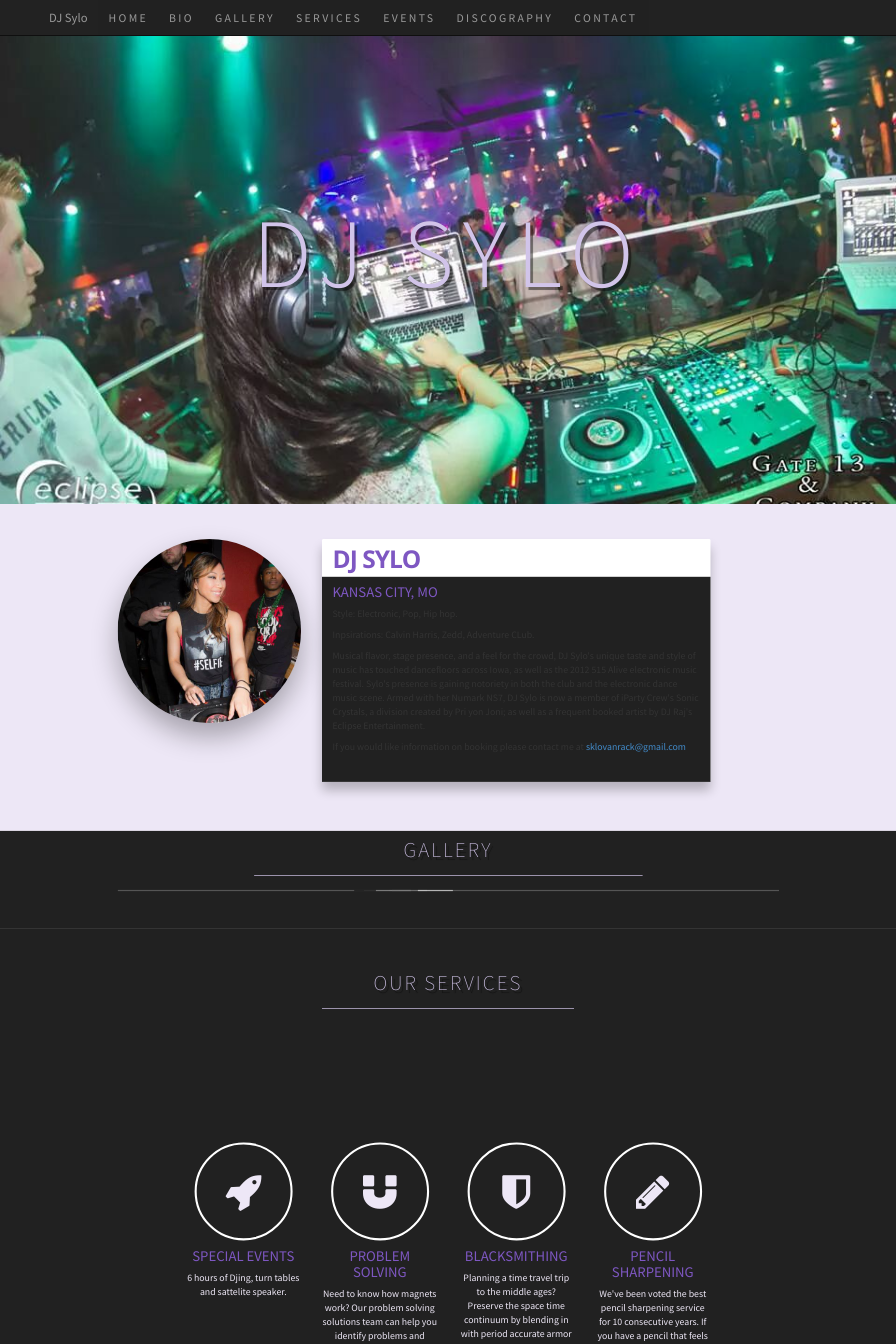
Repository: BambooXLotus/DjSylo
Page: client/index.html
The author's editor kept a record of every edit. The page is drawn from the files as they stood at one moment, then again after the next edit.
The browser window is 1280 px wide. The pictures show the part of the page from y = 0 to 1920 px (the page is 4188 px tall), at 70% of full size.
Pictures or frames that could not be fetched are drawn as grey boxes. Some icons come from a web library that is not loaded, so they are not drawn. Backgrounds fixed to the window are drawn as part of the page. Some web libraries are served in a nearby version.

Above is the page before.

After the next edit:
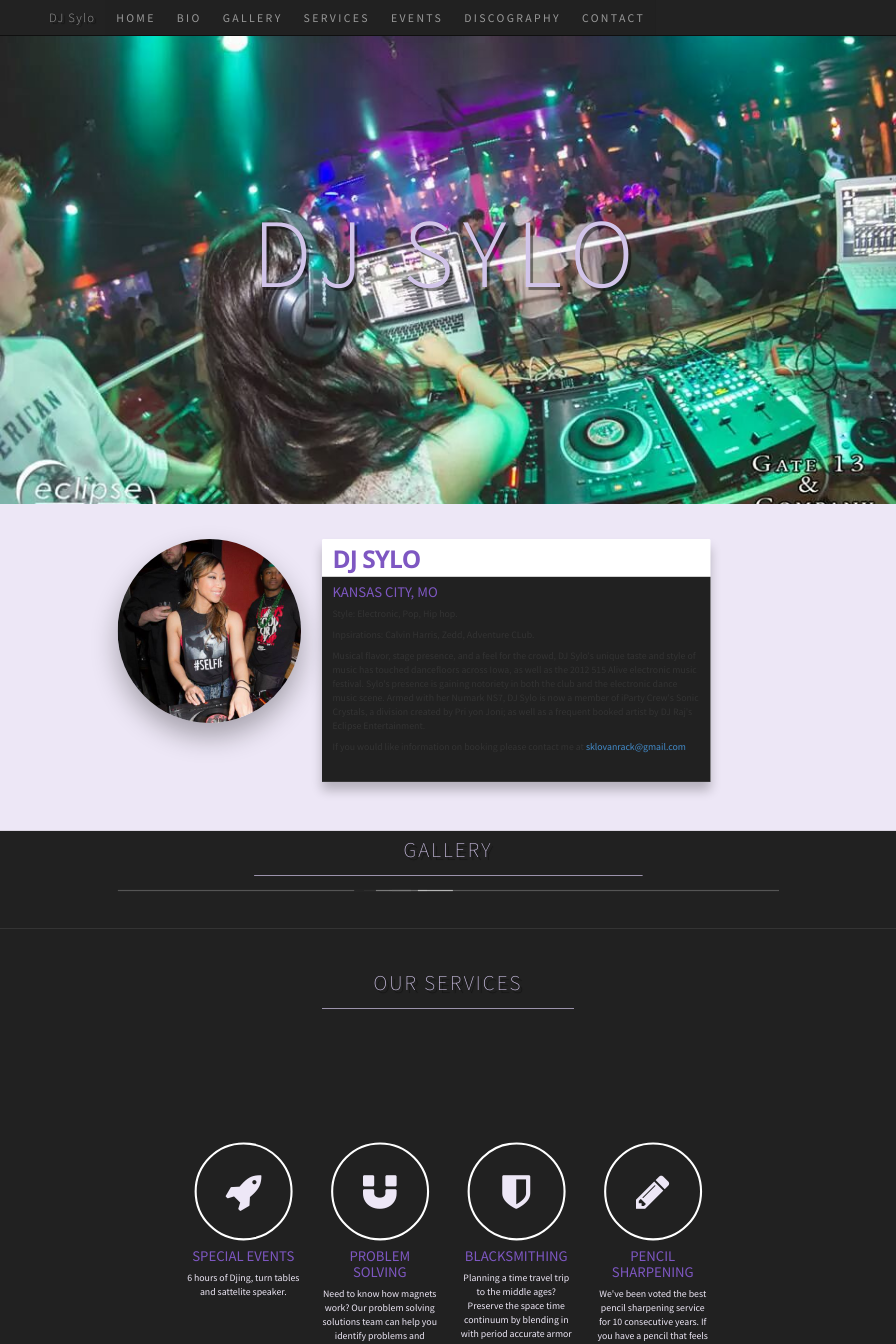
The edit:
--- a/client/css/stylish-portfolio.css
+++ b/client/css/stylish-portfolio.css
@@ -80,6 +80,14 @@
   letter-spacing: .2em;
   font-size: 1.2em;
   font-weight: 400;
+}
+
+.navbar-brand{
+    color: #D1C4E9;
+  text-shadow: 4px 4px 1px rgba(0, 0, 0, 0.45);
+  font-weight: 300;
+  letter-spacing: .1em;
+
 }
 #sidebar-wrapper {
   margin-right: -250px;
